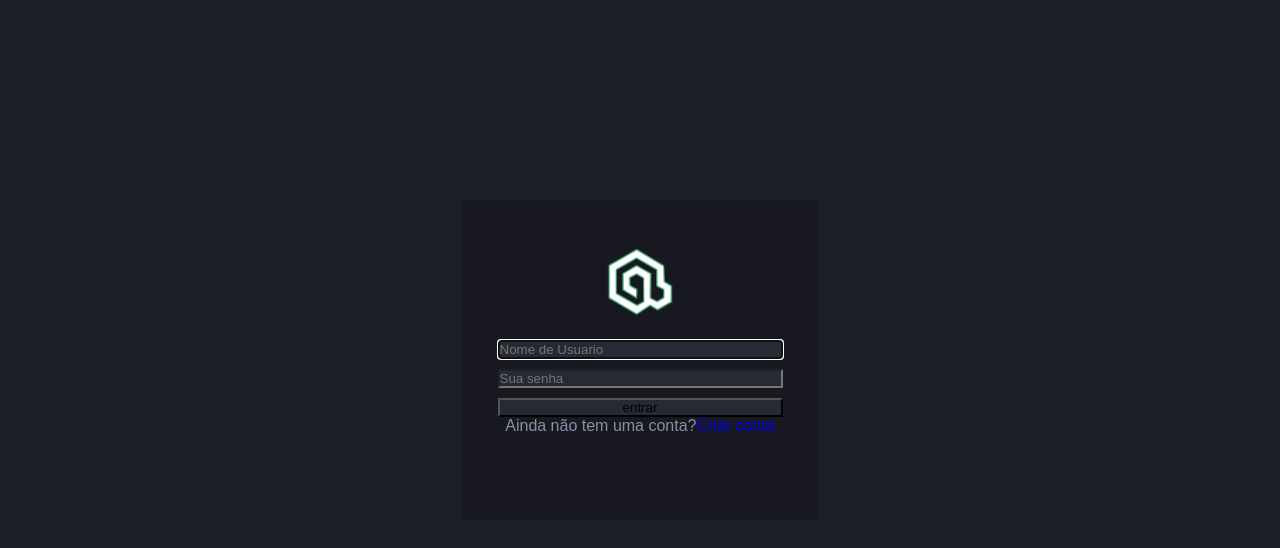
Repository: ichumbo/StarkDashboard
Page: login.html
An editor plug-in stored every save of this project. The page is shown before and after the next save, followed by the edit.
The browser window is 1280 px wide. The pictures show the whole page.

Above is the page before, as saved 2023-06-14 01:20:42.

After the next save:
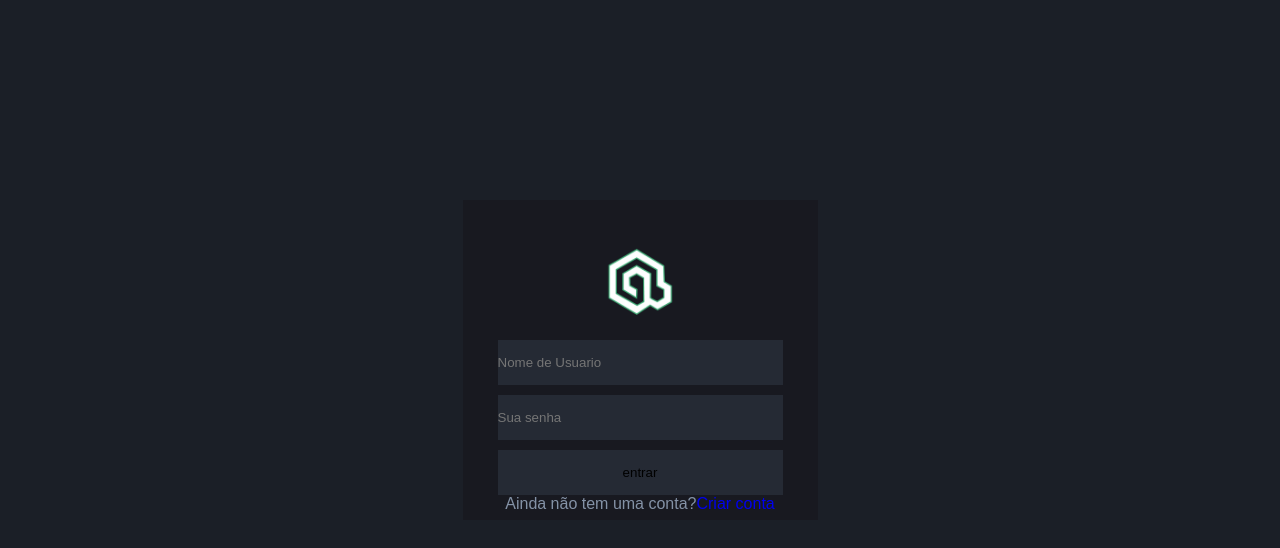
Saved 27 s later.
--- a/css/login.css
+++ b/css/login.css
@@ -34,4 +34,7 @@
 .login input {
     margin-top: 10px;
     background-color: #252A34;
+    border: none;
+    height: 45px;
+    outline: none;
 }
